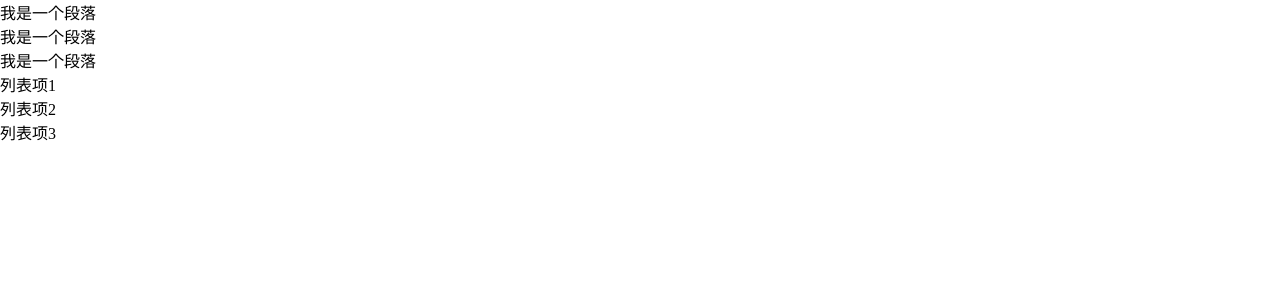
Repository: Romic77/css-test
Page: 默认样式.html
These files come from the project's save history. The page is drawn as it stood at one moment and after the next save; the edit follows.
The browser window is 1280 px wide. The pictures show the whole page.

Above is the page before, as saved 2022-09-03 01:11:46.

### 默认样式.html
<!DOCTYPE html>
<html lang="en">

<head>
    <meta charset="UTF-8">
    <meta http-equiv="X-UA-Compatible" content="IE=edge">
    <meta name="viewport" content="width=device-width, initial-scale=1.0">
    <title>Document</title>
    <style>
        body {
            margin: 0px;
        }

        p {
            margin: 0px;
        }

        ul {
            margin: 0px;
            padding: 0px;
        }
    </style>
</head>

<body>
    <div class="box1"></div>

    <p>我是一个段落</p>
    <p>我是一个段落</p>
    <p>我是一个段落</p>

    <ul>
        <li>列表项1</li>
        <li>列表项2</li>
        <li>列表项3</li>
    </ul>
</body>

</html>

After the next save:
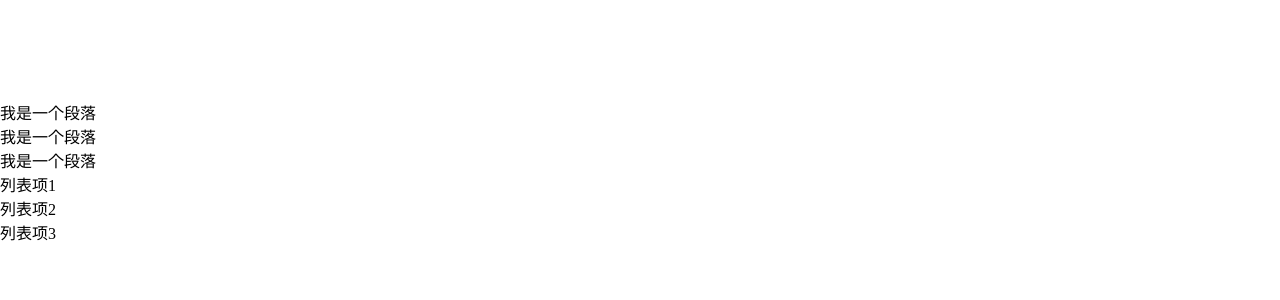
Saved 23 s later.
--- a/默认样式.html
+++ b/默认样式.html
@@ -19,6 +19,11 @@
             margin: 0px;
             padding: 0px;
         }
+
+        .box1 {
+            width: 100px;
+            height: 100px;
+        }
     </style>
 </head>
 
